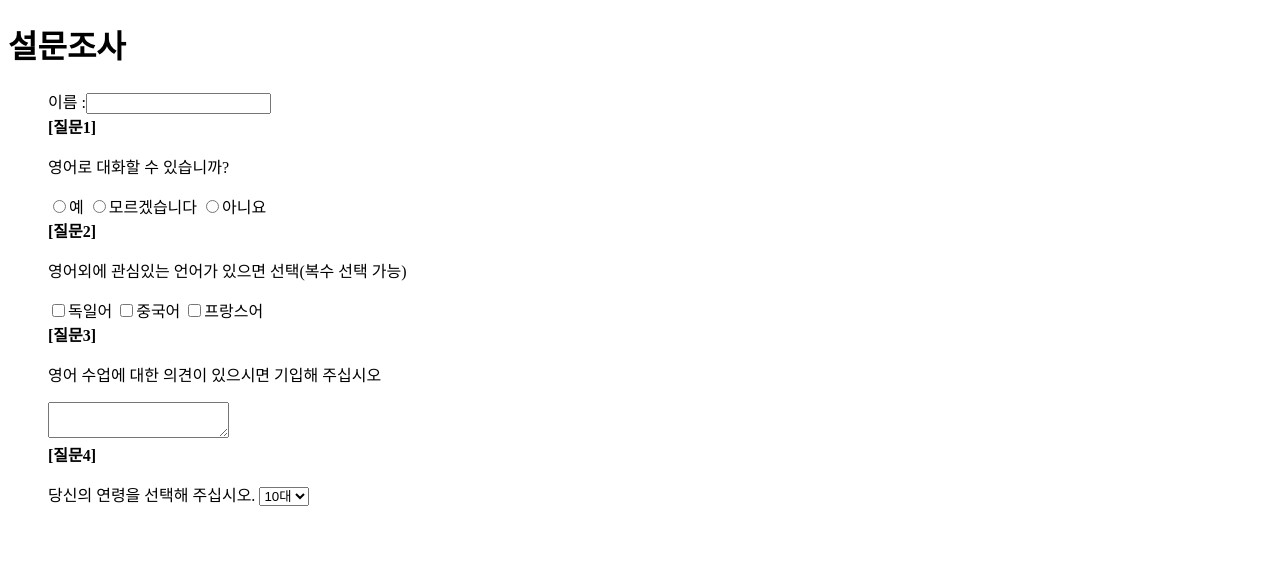
Repository: Jv2020/bitcamp
Page: html/sample05/WebContent/test02.html
An editor plug-in stored every save of this project. The page is shown before and after the next save, followed by the edit.
The browser window is 1280 px wide. The pictures show the whole page.

Above is the page before, as saved 2020-01-03 07:31:59.

### html/sample05/WebContent/test02.html
<!DOCTYPE html>
<html>
<head>
<meta charset="UTF-8">
<title>Insert title here</title>

<style>
em {display:block; font-weight:bold; font-style:normal;}
ul li {list-style:none;}
ul li p {}
</style>
</head>
<body>

<h1>설문조사</h1>
<form>
	<ul>
		<li><span>이름 :</span><input type="text"></li>
		<li><em>[질문1]</em></li>
		<li><p>영어로 대화할 수 있습니까?</p></li>
		<li>
			<input type="radio" name="english" value="예" ><span>예</span>
			<input type="radio" name="english" value="모르겠습니다" ><span>모르겠습니다</span>
			<input type="radio" name="english" value="아니요" ><span>아니요</span>
		<li>
		<li><em>[질문2]</em></li>
		<li><p>영어외에 관심있는 언어가 있으면 선택(복수 선택 가능)</p></li>
		<li>
			<input type="checkbox" value="예" ><span>독일어</span>
			<input type="checkbox" value="모르겠습니다" ><span>중국어</span>
			<input type="checkbox" value="아니요" ><span>프랑스어</span>
		<li>
		<li><em>[질문3]</em></li>
		<li><p>영어 수업에 대한 의견이 있으시면 기입해 주십시오</p></li>
		<li>
			<textarea></textarea>
		<li>
		<li><em>[질문4]</em></li>
		<li>
			<p>당신의 연령을 선택해 주십시오.
				<select name="age">
					<option value="10대">10대</option>
					<option value="20대">20대</option>
					<option value="30대">30대</option>
					<option value="40대">40대</option>
					<option value="50대">50대</option>
					<option value="60대">60대</option>
					<option value="70대">70대</option>
					<option value="80대">80대</option>
					<option value="90대">90대</option>
				</select>
			</p>
		</li>
	</ul>
</form>

</body>
</html>

After the next save:
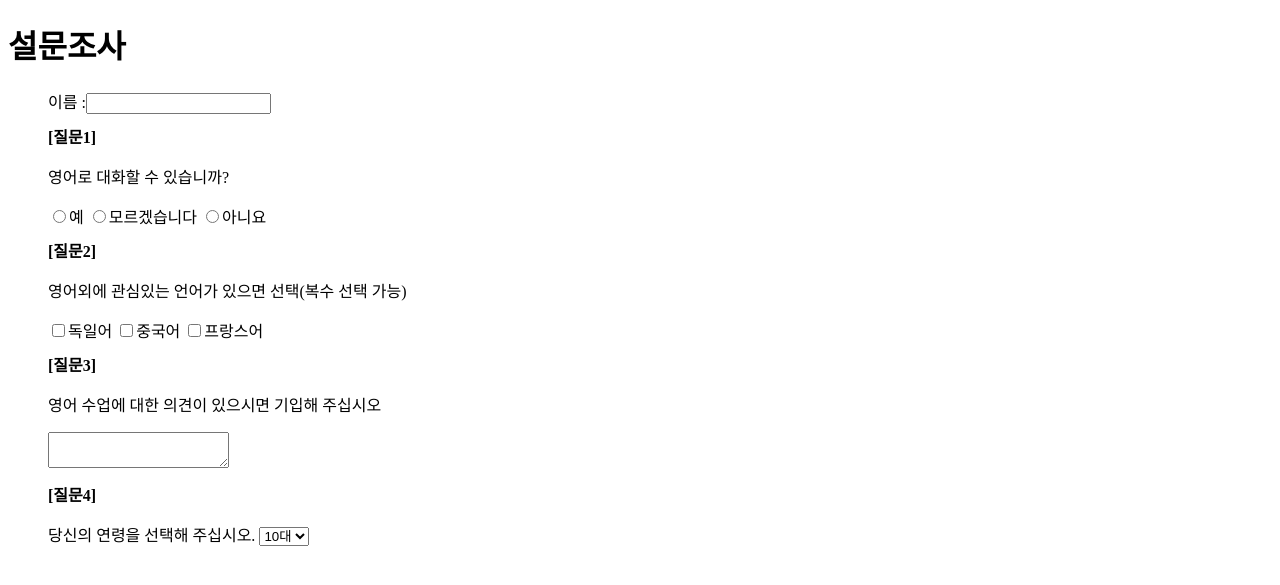
Saved 6 s later.
--- a/html/sample05/WebContent/test02.html
+++ b/html/sample05/WebContent/test02.html
@@ -6,7 +6,7 @@
 
 <style>
 em {display:block; font-weight:bold; font-style:normal;}
-ul li {list-style:none;}
+ul li {list-style:none; margin:10px 0;}
 ul li p {}
 </style>
 </head>
